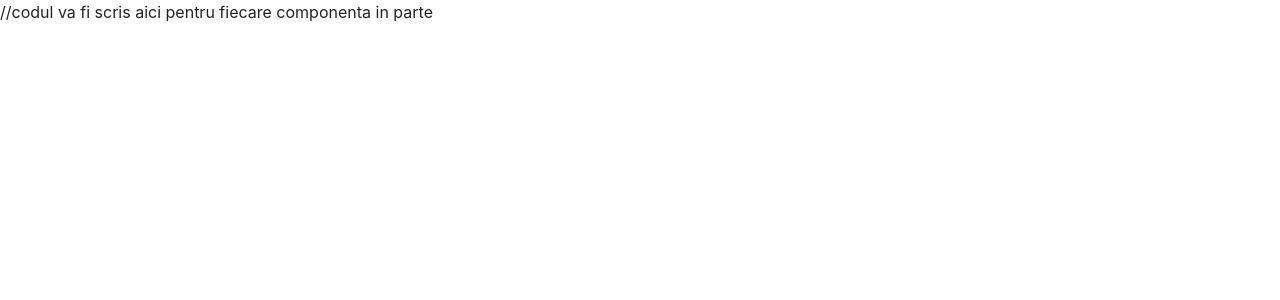
Repository: nicolasolo/bitesizecoding.space
Page: index.html
These files come from the project's save history. The page is drawn as it stood at one moment and after a run of saves; the edit follows.
The browser window is 1280 px wide. The pictures show the whole page.

Above is the page before, as saved 2020-04-09 17:17:35.

After the next 2 saves:
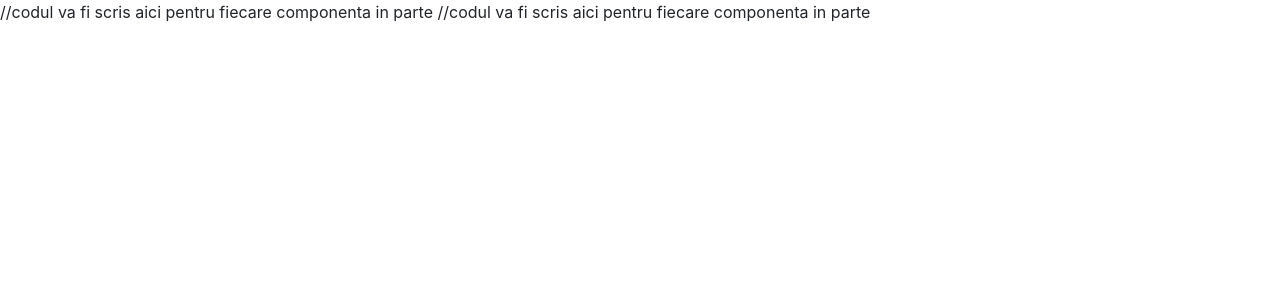
The 2 saves are shown as one change because they came seconds apart.
The last was saved 12 s later.
--- a/index.html
+++ b/index.html
@@ -12,7 +12,9 @@
 <header>
 <!-- Navbar-->
 //codul va fi scris aici pentru fiecare componenta in parte
+
 <!--Jumbotron-->
+//codul va fi scris aici pentru fiecare componenta in parte
 
 
 
